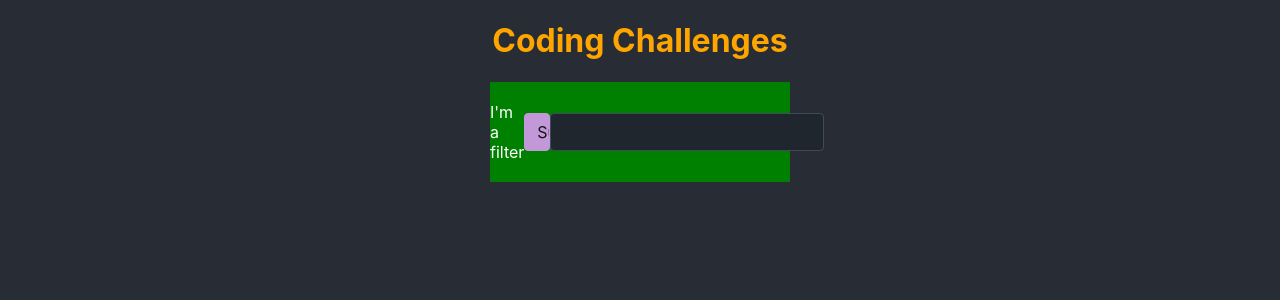
Repository: Valentina-Maraio/coding_challenges
Page: /
An editor plug-in stored every save of this project. The page is shown before and after the next save, followed by the edit.
The browser window is 1280 px wide. The pictures show the whole page.
The project was rebuilt for these pictures with package versions that can differ from the ones it lists, and the page was loaded fresh each time.

Above is the page before, as saved 2024-07-05 12:03:55.

### src/index.js
import React from 'react';
import ReactDOM from 'react-dom/client';
import './index.css';
import App from './App';
import reportWebVitals from './reportWebVitals';
import { PrimeReactProvider } from 'primereact/api';
import 'primeicons/primeicons.css';



const root = ReactDOM.createRoot(document.getElementById('root'));
root.render(
  <React.StrictMode>
    <PrimeReactProvider>
      <App/>
    </PrimeReactProvider>
  </React.StrictMode>
);

// If you want to start measuring performance in your app, pass a function
// to log results (for example: reportWebVitals(console.log))
// or send to an analytics endpoint. Learn more: https://bit.ly/CRA-vitals
reportWebVitals();

### src/App.js
import React, { useState } from "react";
import "primereact/resources/themes/bootstrap4-dark-purple/theme.css";
import "./App.css";
import { InputText } from "primereact/inputtext";
import { Button }  from "primereact/button";

function App() {
  const [inputValue, setInputValue] = useState("");

  const handleChange = (event) => {
    setInputValue(event.target.value);
  };

  const handleSubmit = () => {
    alert(`Input Value: ${inputValue}`);
    setInputValue("")
  };
  return (
    <>
      <div className="container">
        <div className="app_title">
          <h1>Coding Challenges</h1>
        </div>
        <div className="filter_container">
          <p>I'm a filter</p>
          <Button onClick={handleSubmit} label="Submit"/>
          <InputText value={inputValue} onChange={handleChange} />
        </div>
      </div>
    </>
  );
}

export default App;

### src/App.css
body {
  background-color: #282c34;
}

.container {
  display: flex;
  justify-content: center;
  align-items: center;
  flex-direction: column;
}

.app_title {
  color: orange;
}

.filter_container {
  width: 300px;
  height: 100px;
  background-color: green;
  display: flex;
  justify-content: space-between;
  align-items: center;
}

Loaded but not shown: public/index.html (common file); src/index.css (common file); src/reportWebVitals.js (common file)

After the next save:
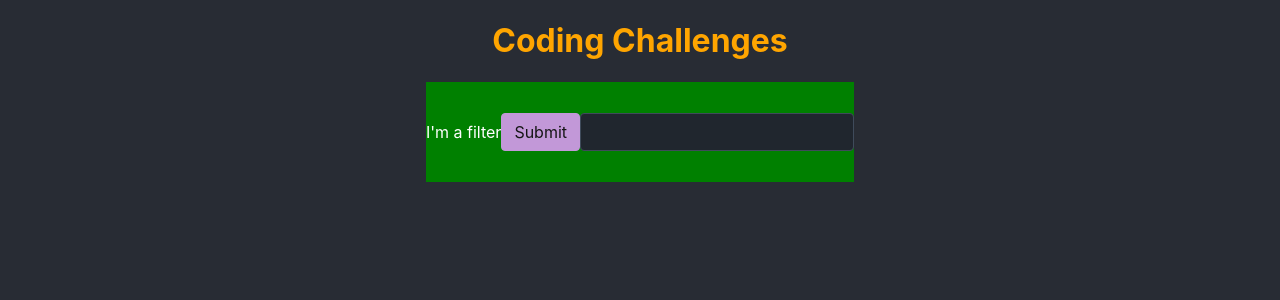
Saved 47 s later.
--- a/src/App.css
+++ b/src/App.css
@@ -14,7 +14,6 @@ body {
 }
 
 .filter_container {
-  width: 300px;
   height: 100px;
   background-color: green;
   display: flex;
